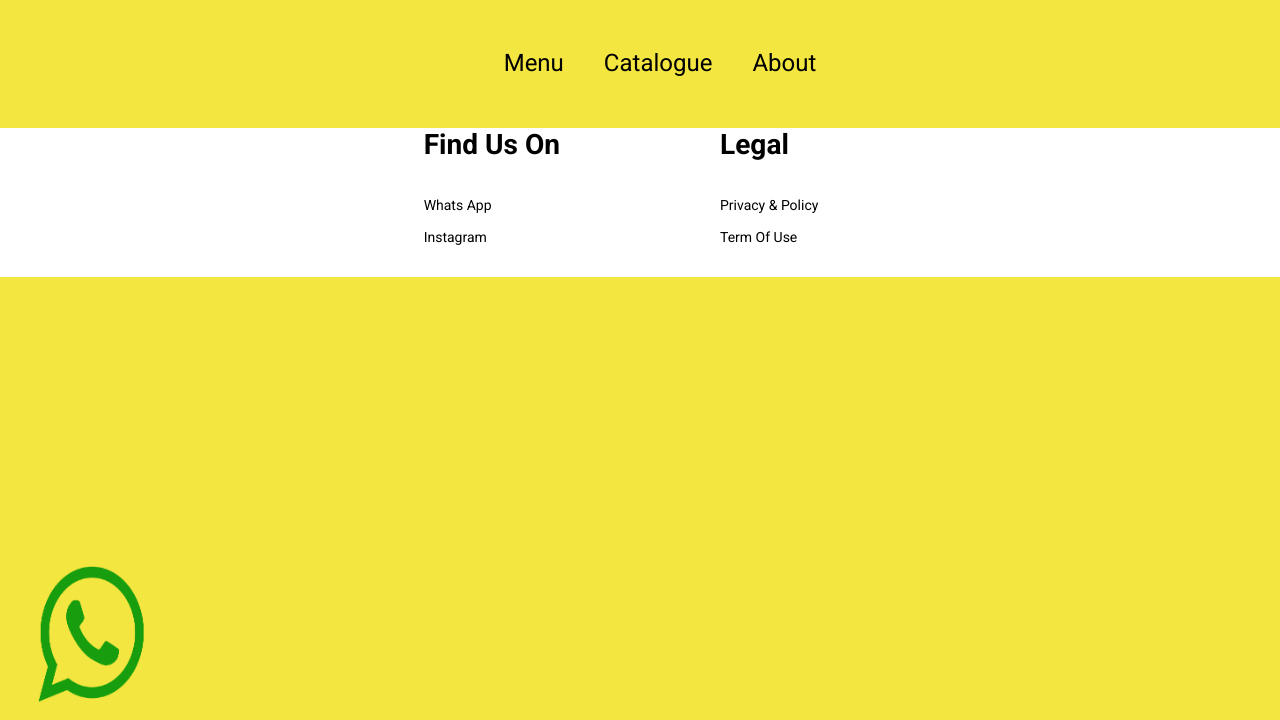
Repository: Fauzaanmhmd/Skripsi
Page: /about
An editor plug-in stored every save of this project. The page is shown before and after the next save, followed by the edit.
The browser window is 1280 px wide. The pictures show the whole page.
The project was rebuilt for these pictures with package versions that can differ from the ones it lists, and the page was loaded fresh each time. The framework's server and built-in components were replaced by stand-ins that run in the browser. Also part of the build but not shown: next.config.js, components/background.js.

Above is the page before, as saved 2021-06-01 07:53:08.

After the next save:
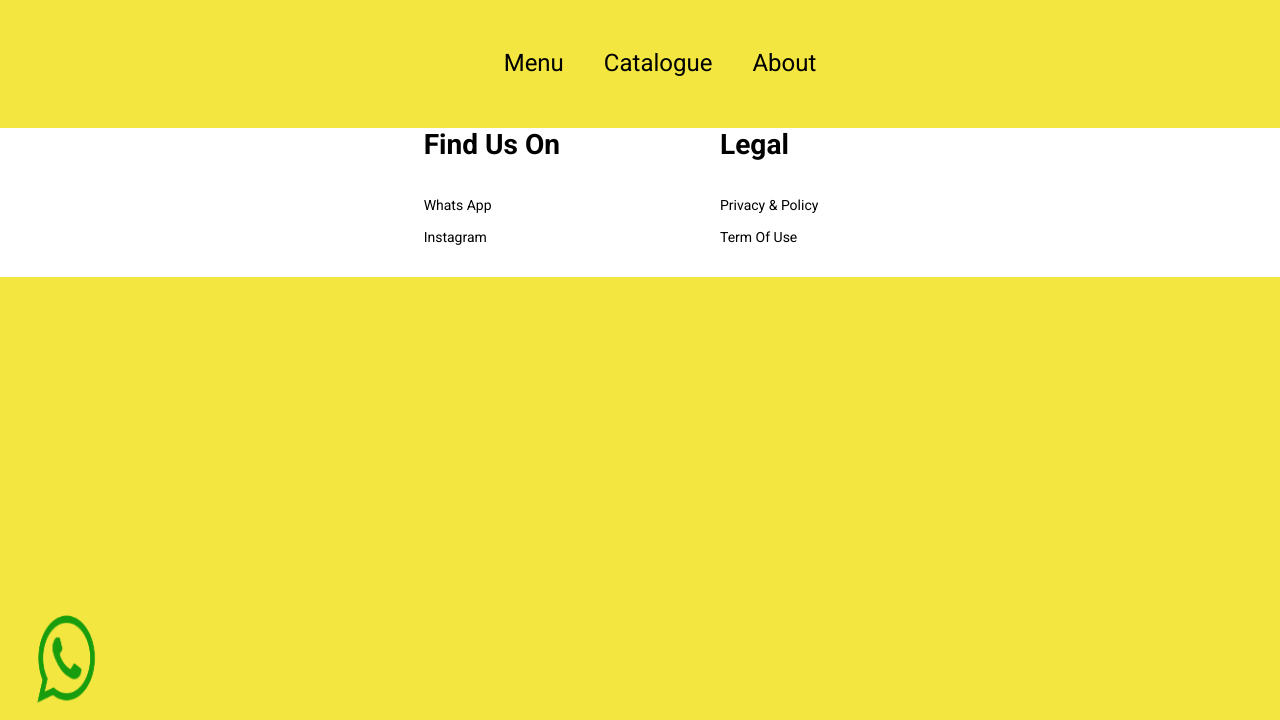
Saved 6 s later.
--- a/styles/globals.css
+++ b/styles/globals.css
@@ -347,8 +347,8 @@
 }
 
 .icon_waImg {
-  height: 150px;
-  width: 150px;
+  height: 100px;
+  width: 100px;
 }
 
 .content a {
